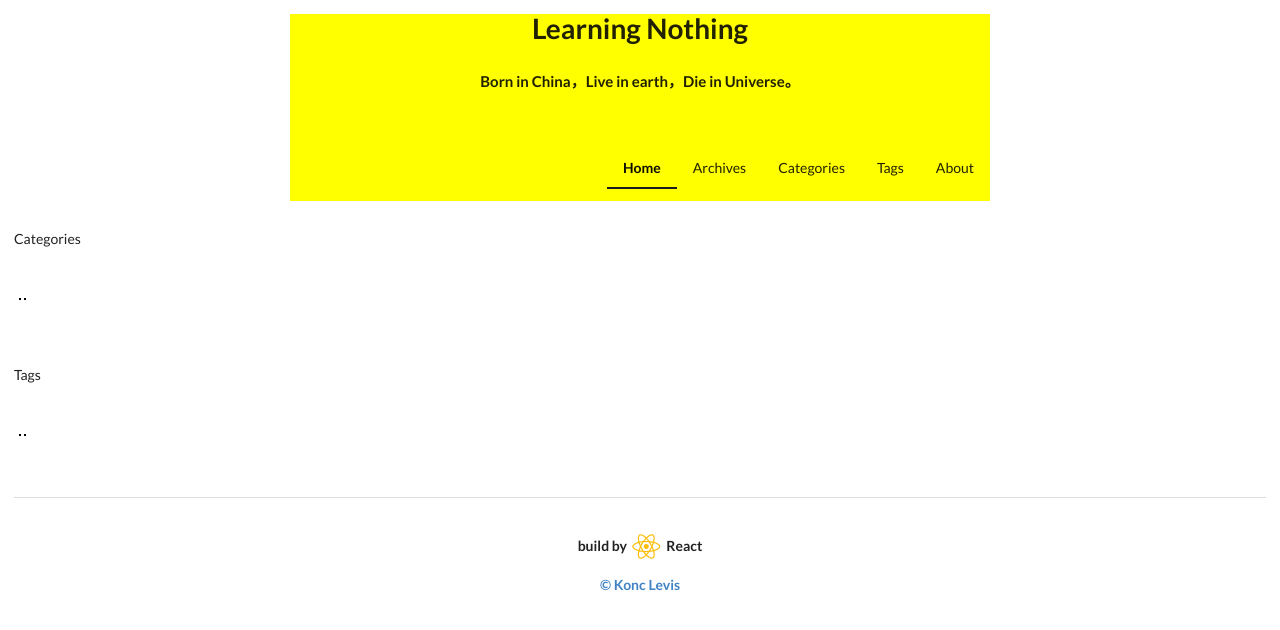
Repository: chu4j/my-spring-cloud-blog-frontend
Page: /
An editor plug-in stored every save of this project. The page is shown before and after the next save, followed by the edit.
The browser window is 1280 px wide. The pictures show the whole page.
The page's requests for data from a server got no answer. The project was rebuilt for these pictures with package versions that can differ from the ones it lists, and the page was loaded fresh each time. No one was signed in, and anything a server would have sent is missing. Also part of the build but not shown: src/components/Categories.jsx, src/components/FocusContent.jsx, src/css/App.css, src/components/owner/LoginForm.jsx, src/components/Tags.jsx, src/components/Timeline.jsx, src/components/TimelineHome.jsx.

Above is the page before, as saved 2021-02-24 11:41:38.

### src/index.js
import React from 'react';
import ReactDOM from 'react-dom';
import { BrowserRouter } from 'react-router-dom';
import 'semantic-ui-css/semantic.min.css';
import './css/index.css';
import BlogRouter from './router/Router';
import  'github-markdown-css';
ReactDOM.render(<
    BrowserRouter forceRefresh={true} >
    <BlogRouter />
</BrowserRouter>,
    document.getElementById('root')
);

### src/css/index.css
body {
  margin: 1em;
  -webkit-font-smoothing: antialiased;
  -moz-osx-font-smoothing: grayscale;
}

code {
  font-family: source-code-pro, Menlo, Monaco, Consolas, "Courier New",
    monospace;
}

.post-container {
  padding: 2px;
  border-radius: 0.5em;
}

.post-title {
  color: #010101;
}

.post-title:hover {
  color: #010101;
  text-decoration: underline;
}

/*animate*/

.posts-appear {
  opacity: 0;
}

.posts-enter {
  opacity: 1;
  transform: scale(0.95);
}

.posts-enter-active {
  opacity: 1;
  transform: translateX(0);
  transition: opacity 300ms, transform 200ms;
}

.posts-exit {
  opacity: 1;
  transform: scale(0.9);
}

.posts-exit-active {
  opacity: 0;
  transform: translateX(0);
  transition: opacity 300ms, transform 200ms;
}

.post-container pre code {

}
.common-label {
  display: inline-block;
  margin: 5px;
  padding: 2px;
  color: #010101;
  border-bottom: 2px dotted #010101;
  border-radius: 0;
}

### src/router/Router.jsx
import { Route, Switch } from "react-router-dom";
import Categories from "../components/Categories";
import FocusPostComponent from "../components/FocusContent";
import Home from "../components/Home";
import LoginForm from "../components/owner/LoginForm";
import Tags from "../components/Tags";
import MyTimeline from "../components/Timeline";
import TimelineHome from "../components/TimelineHome";
export default function BlogRouter() {
  return (
    <Switch>
      <Route path="/" exact>
        <Home />
      </Route>
      <Route path="/owner/login" exact>
        <LoginForm />
      </Route>
      <Route path="/category/:name" exact>
        <Home />
      </Route>
      <Route path="/tag/:name" exact>
        <Home />
      </Route>
      <Route path="/posts/page/:pageNumber">
        <Home />
      </Route>
      <Route path="/category/:name/page/:pageNumber">
        <Home />
      </Route>
      <Route path="/tag/:name/page/:pageNumber">
        <Home />
      </Route>
      <Route path="/post/:postId" exact>
        <FocusPostComponent />
      </Route>
      <Route path="/categories" exact>
        <Categories />
      </Route>
      <Route path="/tags" exact>
        <Tags />
      </Route>
      <Route path="/posts/timeline" exact>
        <TimelineHome />
      </Route>
      <Route path="/posts/timeline/page/:pageNumber" exact>
        <TimelineHome />
      </Route>
    </Switch>
  );
}

### src/components/Home.jsx
import { React, useEffect, useState } from "react";
import { useParams, useRouteMatch } from "react-router-dom";
import "../css/App.css";
import { ServerHost } from "./AppConfig";
import BlogLayout from "./BlogLayout";
import CategoryComponent from "./CategoryComponent";
import ContentComponent from "./Content";
import TagComponent from "./TagComponent";
async function getArchive(path) {
  const axios = require("axios").default;
  if (null == path) {
    return axios.get(ServerHost + "/v1/api/archive").then((res) => res.data);
  } else {
    return axios.get(path).then((res) => res.data);
  }
}
function countPath(router, name, pageNumber) {
  let requestUrl = "";
  let pagePrefix = "";
  const path = router.path;
  switch (path) {
    case "/":
      requestUrl = ServerHost + "/v1/api/archive";
      pagePrefix = "/posts/page/";
      break;
    case "/category/:name":
      requestUrl = ServerHost + "/v1/api/category/" + name;
      pagePrefix = "/category/" + name + "/page/";
      break;
    case "/category/:name/page/:pageNumber":
      requestUrl =
        ServerHost + "/v1/api/category/" + name + "?page=" + pageNumber;
      pagePrefix = "/category/" + name + "/page/";
      break;
    case "/tag/:name":
      requestUrl = ServerHost + "/v1/api/tag/" + name;
      pagePrefix = "/tag/" + name + "/page/";
      break;
    case "/tag/:name/page/:pageNumber":
      requestUrl = ServerHost + "/v1/api/tag/" + name + "?page=" + pageNumber;
      pagePrefix = "/tag/" + name + "/page/";
      break;
    case "/posts/page/:pageNumber":
      requestUrl = ServerHost + "/v1/api/archive?page=" + pageNumber;
      pagePrefix = "/posts/page/";
      break;
    default:
      break;
  }
  return { requestUrl, pagePrefix };
}
export default function Home() {
  let { name, pageNumber } = useParams();
  const router = useRouteMatch();
  console.log("router:" + JSON.stringify(router) + " type:" + typeof router);
  const params = countPath(router, name, pageNumber);
  console.log("returnPath:" + params.requestUrl);
  let activePage = 1;
  if (null != pageNumber && undefined != pageNumber) activePage = pageNumber;
  const [response, setData] = useState({});
  useEffect(() => {
    getArchive(params.requestUrl).then((res) => {
      setData(res);
    });
  }, []);
  return (
    <BlogLayout
      CategoryComponent={<CategoryComponent />}
      TagComponent={<TagComponent />}
      ContentComponent={
        <ContentComponent
          response={response}
          activePage={activePage}
          pagePrefix={params.pagePrefix}
        />
      }
      style={{ margin: 0, padding: 0 }}
    />
  );
}

### src/components/BlogLayout.jsx
import { Grid } from "semantic-ui-react";
import "../css/index.css";
import Header from "./BlogHeader";
import DivRow from "./Common";
import Footer from "./Footer";
export default function BlogLayout(props) {
  return (
    <div className="customBackground">
      <Grid stackable>
        <Grid.Row columns={1}>
          <Header />
        </Grid.Row>
        <Grid.Row>
          {props.CategoryComponent && props.TagComponent && (
            <Grid.Column width={3}>
              {props.CategoryComponent}
              <DivRow />
              <DivRow />
              <DivRow />
              {props.TagComponent}
            </Grid.Column>
          )}
          {props.CategoryComponent &&
          props.TagComponent &&
          props.ContentComponent ? (
            <Grid.Column width={12}>{props.ContentComponent}</Grid.Column>
          ) : (
            <Grid.Column width={16}>{props.ContentComponent}</Grid.Column>
          )}
        </Grid.Row>
        <Grid.Row columns={1}>
          <Grid.Column>
            <Footer />
          </Grid.Column>
        </Grid.Row>
      </Grid>
    </div>
  );
}

### src/components/CategoryComponent.jsx
import React, { Component } from "react";
import { ServerHost } from "./AppConfig";
import DivRow from "./Common";
class CategoryComponent extends Component {
  state = {
    data: [{}],
  };
  componentDidMount() {
    const axois = require("axios").default;
    axois
      .get(ServerHost + "/v1/api/category/statistics/count")
      .then((res) => {
        const data = res.data;
        this.setState({ data: data });
      })
      .catch((error) => {
        console.log(error);
      });
    console.log("category card render");
  }
  render() {
    return (
      <>
        <span>Categories</span>
        <DivRow />
        <div>
          {this.state.data.map((e, index) => (
            <a key={index} href={"/category/" + e.value} className="common-label">
              {e.value}
              &nbsp;
              {e.count}
            </a>
          ))}
        </div>
      </>
    );
  }
}
export default CategoryComponent;

### src/components/AppConfig.jsx
export const ServerHost = "http://localhost:9000";

### src/components/Content.jsx
import { React, useEffect, useState } from "react";
import { useHistory, withRouter } from "react-router-dom";
import { CSSTransition } from "react-transition-group";
import { Container, Grid, Header, Icon, Pagination } from "semantic-ui-react";
import DivRow from "./Common";

function ContentComponent(props) {
  const hljs = require("highlight.js");
  const [showComponent, setShowComponent] = useState(false);
  console.log("state : " + showComponent);
  useEffect(() => {
    let time = setTimeout(() => setShowComponent(true), 100);
    hljs.highlightAll();
    return () => {
      clearTimeout(time);
    };
  }, []);
  const history = useHistory();
  const handlePaginationClick = (e, { activePage }) => {
    const url = props.pagePrefix + activePage;
    history.push(url);
  };
  return (
    <>
      <CSSTransition
        in={showComponent}
        classNames="posts"
        timeout={200}
        unmountOnExit
      >
        <Container fluid>
          {props.response.list &&
            props.response.list.map((a, index) => (
              <div
                className="post-container"
                style={index > 0 ? { marginTop: "20px" } : {}}
              >
                <Header as="h1" textAlign="center">
                  <a href={"/post/" + a.serialNumber} className="post-title">
                    {a.title}
                  </a>
                </Header>
                {
                  <div
                    className="markdown-body"
                    dangerouslySetInnerHTML={{ __html: a.content }}
                  ></div>
                }

                <DivRow />
                {a.category && a.tag && (
                  <>
                    <Container fluid>
                      <Grid>
                        <Grid.Row>
                          <Grid.Column width={5}>
                            {a.category.map((c, index) => (
                              <>
                                {" "}
                                <div key={index}>
                                  <span>
                                    <Icon name="linkify" color="blue" />
                                    <a
                                      href={"/category/" + c.category}
                                      style={{ fontWeight: "900" }}
                                    >
                                      {c.category}
                                    </a>
                                  </span>
                                </div>
                              </>
                            ))}
                          </Grid.Column>

                          <Grid.Column width={11}>
                            {a.tag.map((t, index) => (
                              <>
                                {" "}
                                <span key={index}>
                                  <Icon name="hashtag" color="yellow" />
                                  <a
                                    href={"/tag/" + t.tag}
                                    style={{ fontWeight: "900" }}
                                  >
                                    {t.tag}
                                  </a>
                                </span>
                              </>
                            ))}
                          </Grid.Column>
                        </Grid.Row>
                      </Grid>
                    </Container>
                  </>
                )}
                <DivRow />
                <DivRow />
              </div>
            ))}
          {props.response.totalPage > 1 && props.activePage && (
            <Container fluid textAlign="center" style={{ marginTop: "2em" }}>
              <Pagination
                totalPages={props.response.totalPage}
                firstItem={null}
                lastItem={null}
                pointing
                secondary
                activePage={props.activePage}
                onPageChange={handlePaginationClick}
              />
            </Container>
          )}
          {props.focus && props.response.list && (
            <div style={{ marginTop: "1em" }}>
              <Grid stackable>
                <Grid.Row>
                  <Grid.Column width={8}>
                    {props.response.list.map((e, index) => (
                      <>
                        {e.previous && (
                          <a
                            key={index}
                            href={"/post/" + e.previous.serialNumber}
                            style={{ fontWeight: "900" }}
                          >
                            <Icon name="angle left" size="big"></Icon>
                            &nbsp;&nbsp;{e.previous.title}
                          </a>
                        )}
                      </>
                    ))}
                  </Grid.Column>
                  <Grid.Column width={8} textAlign="right">
                    {props.response.list.map((e, index) => (
                      <>
                        {e.next && (
                          <a
                            key={index}
                            href={"/post/" + e.next.serialNumber}
                            style={{ fontWeight: "900" }}
                          >
                            {e.next.title}&nbsp;&nbsp;
                            <Icon name="angle right" size="big"></Icon>
                          </a>
                        )}
                      </>
                    ))}
                  </Grid.Column>
                </Grid.Row>
              </Grid>
            </div>
          )}
        </Container>
      </CSSTransition>
    </>
  );
}
export default withRouter(ContentComponent);

### src/components/TagComponent.jsx
import React, { Component } from "react";
import { ServerHost } from "./AppConfig";
import DivRow from "./Common";
class TagComponent extends Component {
  state = {
    data: [{}],
  };
  componentDidMount() {
    const axois = require("axios").default;
    axois
      .get(ServerHost + "/v1/api/tag/statistics/count")
      .then((res) => {
        const data = res.data;
        this.setState({ data: data });
      })
      .catch((error) => {
        console.error(error);
      });
  }
  render() {
    return (
      <>
        <span>Tags</span>
        <DivRow />
        <div>
          {this.state.data.map((e, index) => (
            <a key={index} href={"/tag/" + e.value} className="common-label">
              {e.value}
              &nbsp;
              {e.count}
            </a>
          ))}
        </div>
      </>
    );
  }
}
export default TagComponent;

### src/components/Common.jsx
export default function DivRow() {
  return <div>&nbsp;</div>;
}

### src/components/BlogHeader.jsx
import React, { Component } from "react";
import { Container, Header, Menu, Visibility } from "semantic-ui-react";
const menuStyle = {
  border: "none",
  borderRadius: 0,
  boxShadow: "none",
  marginBottom: "1em",
  marginTop: "4em",
  transition: "box-shadow 0.5s ease, padding 0.5s ease",
};

const fixedMenuStyle = {
  backgroundColor: "#fff",
  border: "1px solid #ddd",
  boxShadow: "0px 3px 5px rgba(0, 0, 0, 0.2)",
};

const overlayStyle = {
  float: "left",
  margin: "0em 3em 1em 0em",
};

const fixedOverlayStyle = {
  ...overlayStyle,
  position: "fixed",
  top: "80px",
  zIndex: 10,
};

const overlayMenuStyle = {
  position: "relative",
  left: 0,
  transition: "left 0.5s ease",
};

const fixedOverlayMenuStyle = {
  ...overlayMenuStyle,
  left: "800px",
};

class BlogHeader extends Component {
  state = {
    activeItem: "home",
    menuFixed: false,
    overlayFixed: false,
  };
  stickOverlay = () => this.setState({ overlayFixed: true });

  stickTopMenu = () => this.setState({ menuFixed: true });

  unStickOverlay = () => this.setState({ overlayFixed: false });

  unStickTopMenu = () => this.setState({ menuFixed: false });

  handleItemClick = (e, { name }) => this.setState({ activeItem: name });
  render() {
    const { activeItem, menuFixed, overlayFixed, overlayRect } = this.state;
    return (
      <Container text style={{backgroundColor:'yellow'}}>
        <Header as="h1" content="Learning Nothing" textAlign="center" />
        <Header
          as="h4"
          content="Born in China，Live in earth，Die in Universe。"
          textAlign="center"
        />
        <Visibility
          onBottomPassed={this.stickTopMenu}
          onBottomVisible={this.unStickTopMenu}
          once={false}
        />
        <Menu
          borderless
          fixed={menuFixed ? "top" : undefined}
          style={menuFixed ? fixedMenuStyle : menuStyle}
          pointing
          secondary
          className="blog-header"
        >
          <Menu.Item
            as="a"
            name="home"
            active={activeItem === "home"}
            onClick={this.handleItemClick}
            position="right"
            link
            href="/"
          ></Menu.Item>
          <Menu.Item
            as="a"
            name="archives"
            active={activeItem === "archives"}
            onClick={this.handleItemClick}
            link
            href="/posts/timeline"
          />
          <Menu.Item
            as="a"
            name="categories"
            active={activeItem === "categories"}
            onClick={this.handleItemClick}
            link
            href="/categories"
          />
          <Menu.Item
            name="tags"
            active={activeItem === "tags"}
            onClick={this.handleItemClick}
            as="a"
            href="/tags"
          />
          <Menu.Item
            name="about"
            active={activeItem === "about"}
            onClick={this.handleItemClick}
          />
        </Menu>
        <Visibility
          offset={80}
          once={false}
          onTopPassed={this.stickOverlay}
          onTopVisible={this.unStickOverlay}
          style={overlayFixed ? { ...overlayStyle, ...overlayRect } : {}}
        />
      </Container>
    );
  }
}

export default BlogHeader;

### src/components/Footer.jsx
import { Component, React } from "react";
import { Divider, Icon } from "semantic-ui-react";
import DivRow from "./Common";

class Footer extends Component {
  render() {
    return (
      <div style={{ marginTop: "2em", textAlign: "center" }}>
        <Divider />
        <DivRow />
        <p style={{ fontWeight: "900" }}>
          build by <Icon name="react" color="yellow" size="big" />
          <b>React</b>
        </p>

        <a href="https://www.github.com/konchoo">
          <b>&copy;&nbsp;Konc Levis</b>
        </a>
      </div>
    );
  }
}
export default Footer;

Loaded but not shown: public/index.html (common file)

After the next save:
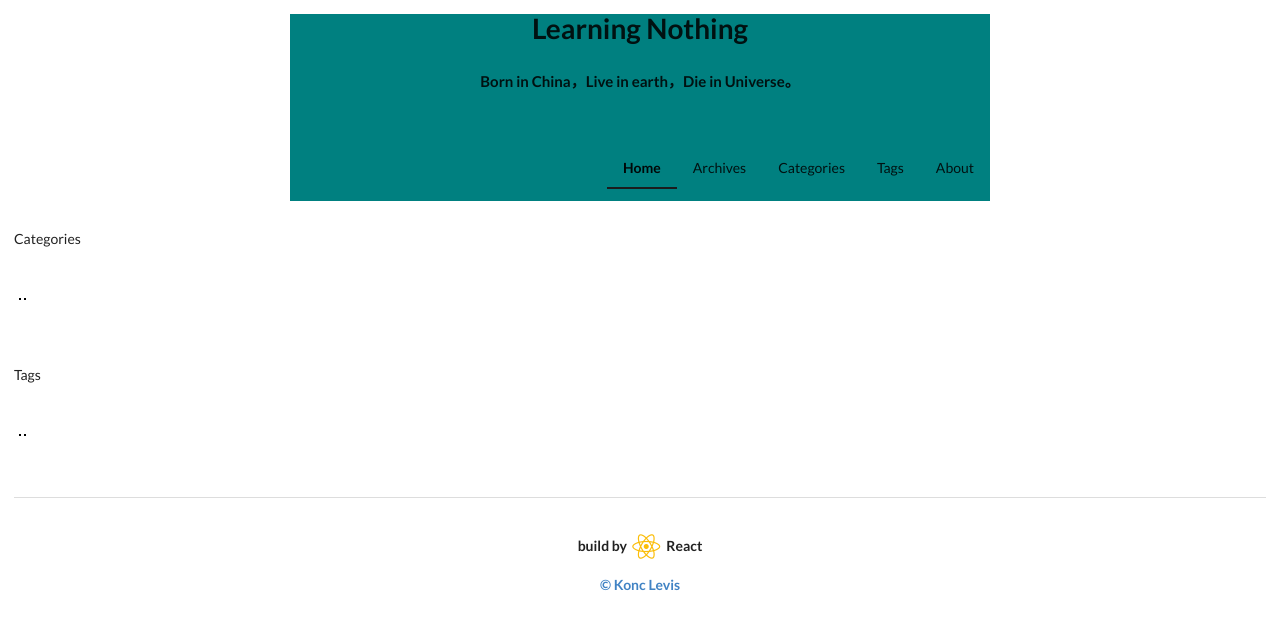
Saved 8 s later.
--- a/src/components/BlogHeader.jsx
+++ b/src/components/BlogHeader.jsx
@@ -56,7 +56,7 @@ class BlogHeader extends Component {
   render() {
     const { activeItem, menuFixed, overlayFixed, overlayRect } = this.state;
     return (
-      <Container text style={{backgroundColor:'yellow'}}>
+      <Container text style={{backgroundColor:'teal'}}>
         <Header as="h1" content="Learning Nothing" textAlign="center" />
         <Header
           as="h4"
